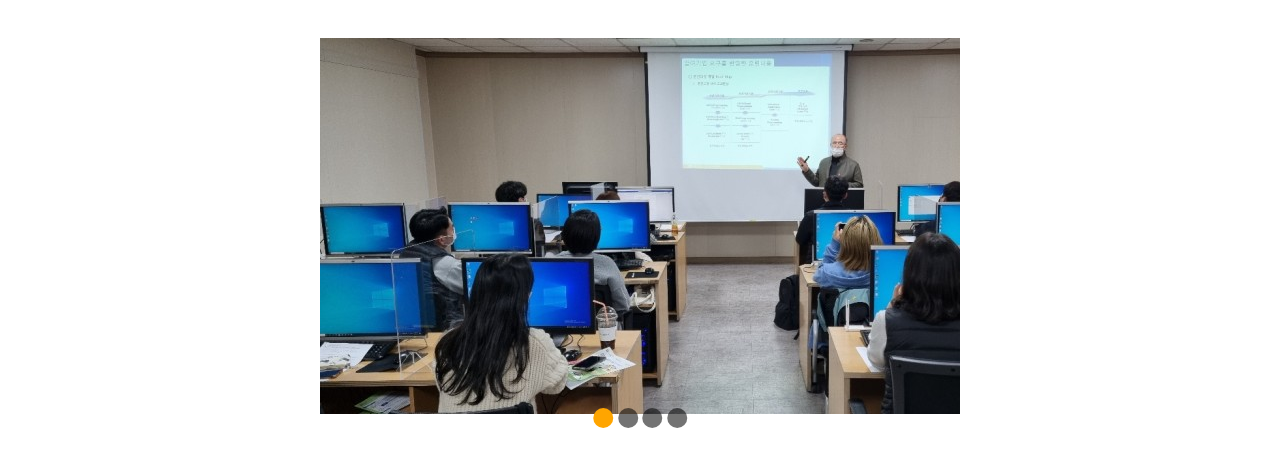
Repository: JavaJin96/kr.or.ddit.HighJava
Page: http://localhost/TeamProjectDCUM/work_kmk/iframe_kmk/slider.jsp
The author's editor kept a copy of each file at every save. The page is drawn from the files as they stood at one save, then again after the next save.
The browser window is 1280 px wide. The pictures show the whole page.
The page is served by Tomcat 9. Other server files are loaded and not shown.

Above is the page before, as saved 2022-02-16 01:10:42.

### 3.Highjava/workspace/TeamProjectDCUM/WebContent/work_kmk/iframe_kmk/slider.jsp
<%@ page language="java" contentType="text/html; charset=UTF-8"
    pageEncoding="UTF-8"%>
<!DOCTYPE html>
<html>
<head>
<meta charset="UTF-8">
<title>Insert title here</title>
<!-- 카드 -->
<link rel="stylesheet" href="https://cdn.jsdelivr.net/npm/bootstrap@4.6.1/dist/css/bootstrap.min.css">
<script src="https://cdn.jsdelivr.net/npm/jquery@3.5.1/dist/jquery.slim.min.js"></script>
<script src="https://cdn.jsdelivr.net/npm/popper.js@1.16.1/dist/umd/popper.min.js"></script>
<script src="https://cdn.jsdelivr.net/npm/bootstrap@4.6.1/dist/js/bootstrap.bundle.min.js"></script>
<style>
/*---------------------- 슬라이드 ----------------------------*/
.slider{
    width: 640px;
    height: 400px;
    position: relative;
    margin: 3% auto;
    overflow: hidden; /* 현재 슬라이드 오른쪽에 위치한 나머지 슬라이드 들이 보이지 않도록 가림 */
/*     text-align: center; */
	display: flex;
}
.slider input[type=radio]{
    display: none;
}

ul.imgs{
    padding: 0;
    margin: 0;
    list-style: none;
}
ul.imgs li{
    position: absolute;
    left: 640px;
    transition-delay: 1s; /* 새 슬라이드가 이동해 오는 동안 이전 슬라이드 이미지가 배경이 보이도록 지연 */
    padding: 0;
    margin: 0;
}

.bullets{
    position: absolute;
    left: 50%;
    transform: translateX(-50%);
    bottom: 2px;
    z-index: 2;
}

.bullets label{
    display: inline-block;
    border-radius: 50%;
    background-color: rgba(0,0,0,0.55);
    width: 20px;
    height: 20px;
    cursor: pointer;
}

/* 현재 선택된 불릿 배경 흰색으로 구분 표시 */
.slider input[type=radio]:nth-child(1):checked~.bullets>label:nth-child(1){
    background-color: orange;
}

.slider input[type=radio]:nth-child(2):checked~.bullets>label:nth-child(2){
    background-color: orange;
}

.slider input[type=radio]:nth-child(3):checked~.bullets>label:nth-child(3){
    background-color: orange;
}

.slider input[type=radio]:nth-child(4):checked~.bullets>label:nth-child(4){
    background-color: orange;
}

 .slider input[type=radio]:nth-child(1):checked~ul.imgs>li:nth-child(1){
     left: 0;
     transition: 0.5s;
     z-index:1;
 }

 .slider input[type=radio]:nth-child(2):checked~ul.imgs>li:nth-child(2){
     left: 0;
     transition: 0.5s;
     z-index:1;
 }

 .slider input[type=radio]:nth-child(3):checked~ul.imgs>li:nth-child(3){
     left: 0;
     transition: 0.5s;
     z-index:1;
 }

 .slider input[type=radio]:nth-child(4):checked~ul.imgs>li:nth-child(4){
     left: 0;
     transition: 0.5s;
     z-index:1;
 }

</style>


</head>
<body>

	<div class="slider" targer="ifr">
	    <input type="radio" name="slide" id="slide1" checked>
	    <input type="radio" name="slide" id="slide2">
	    <input type="radio" name="slide" id="slide3">
	    <input type="radio" name="slide" id="slide4">

	    <ul id="imgholder" class="imgs">
	        <li><img src="../../images/main/학생.jpg"  targer="ifr"></li>
	        <li><img src="../../images/main/학생2.jpg" targer="ifr"></li>
	        <li><img src="../../images/main/학생3.jpg" targer="ifr"></li>
	        <li><img src="../../images/main/학생4.jpg" targer="ifr" ></li>
	    </ul>

	    <div class="bullets">
	        <label for="slide1">&nbsp;</label>
	        <label for="slide2">&nbsp;</label>
	        <label for="slide3">&nbsp;</label>
	        <label for="slide4">&nbsp;</label>
	    </div>
	</div>


</body>
</html>

After the next save:
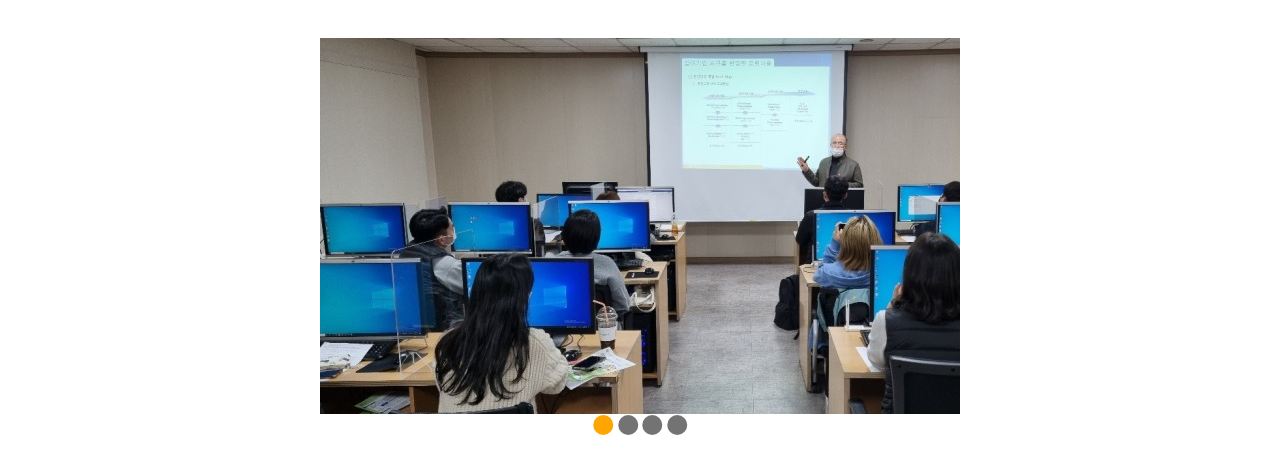
Saved 7 s later.
--- a/3.Highjava/workspace/TeamProjectDCUM/WebContent/work_kmk/iframe_kmk/slider.jsp
+++ b/3.Highjava/workspace/TeamProjectDCUM/WebContent/work_kmk/iframe_kmk/slider.jsp
@@ -42,7 +42,7 @@ ul.imgs li{
     position: absolute;
     left: 50%;
     transform: translateX(-50%);
-    bottom: 2px;
+    bottom: -5px;
     z-index: 2;
 }
 
